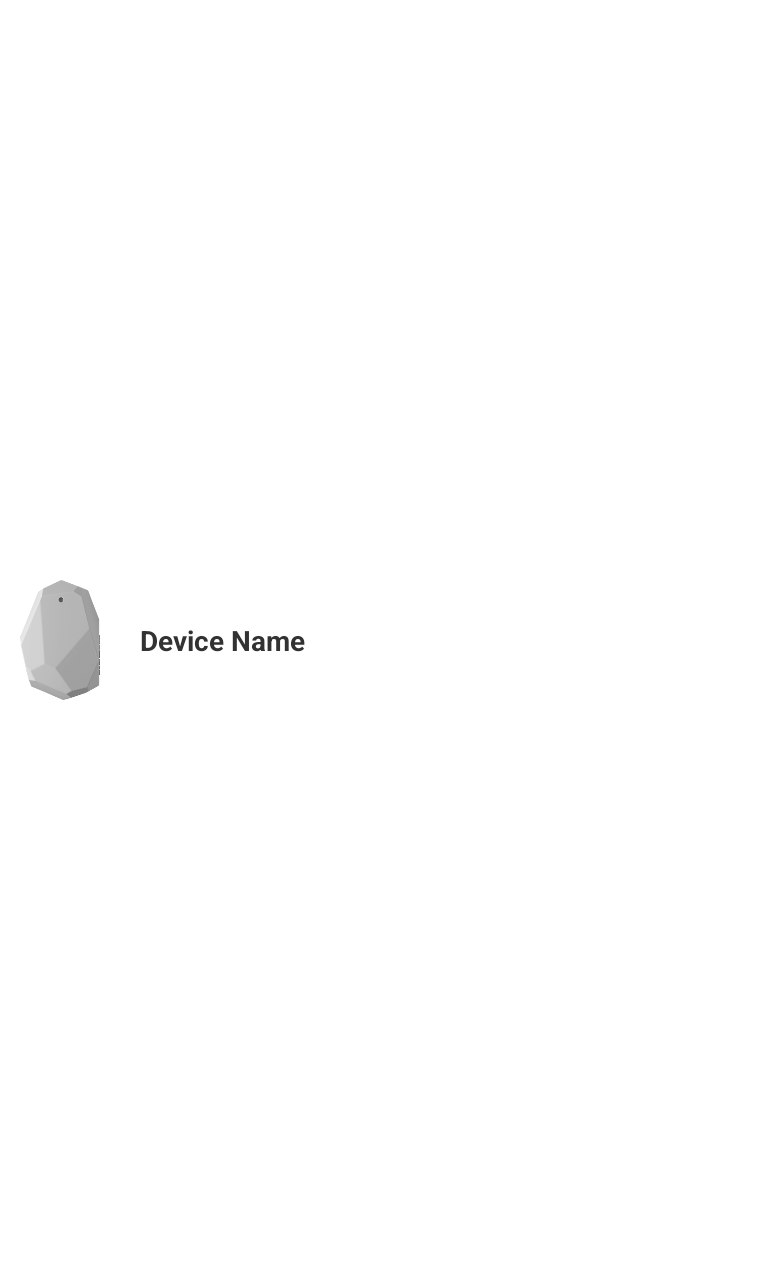
Repository: lawlessc/room-proximity
Layout: android-client/AllDemosActivity/res/layout/device_item.xml
The author's editor kept a copy of each file at every save. The layout is drawn from the files as they stood at one save, then again after the next save.
It is drawn on a 768 x 1280 px phone screen (xhdpi) without system bars, with theme android:Theme.Holo.Light; the app's code is not run.

Above is the layout before, as saved 2014-04-09 14:08:50.

After the next save:
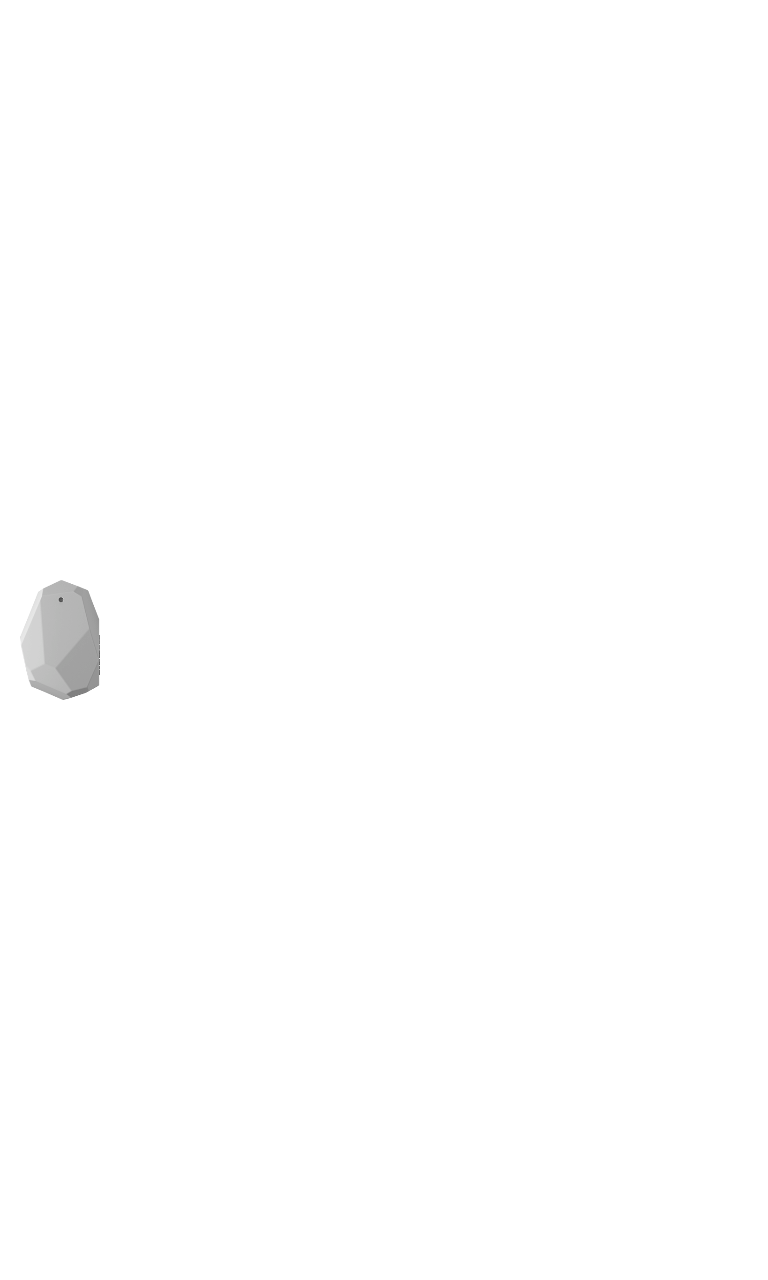
Saved 51 s later.
--- a/android-client/AllDemosActivity/res/layout/device_item.xml
+++ b/android-client/AllDemosActivity/res/layout/device_item.xml
@@ -23,7 +23,7 @@
         android:layout_width="wrap_content"
         android:layout_height="wrap_content"
         android:textStyle="bold"
-        android:text="Device Name"/>
+        />
 
 
 
